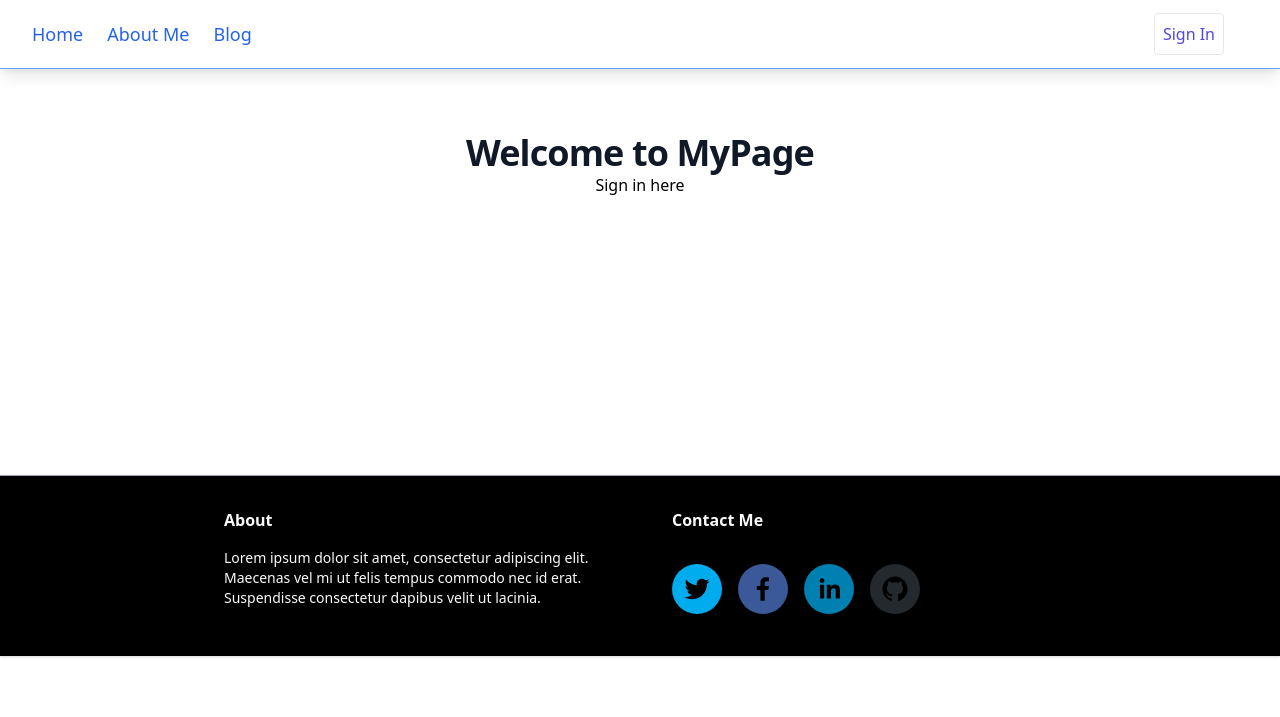
Repository: rushilramesh/portfolio-page
Page: /
The author's editor kept a copy of each file at every save. The page is drawn from the files as they stood at one save, then again after the next save.
The browser window is 1280 px wide. The pictures show the whole page.
The project was rebuilt for these pictures with package versions that can differ from the ones it lists, and the page was loaded fresh each time. The framework's server and built-in components were replaced by stand-ins that run in the browser. Also part of the build but not shown: next.config.js.

Above is the page before, as saved 2021-05-21 02:47:48.

After the next save:
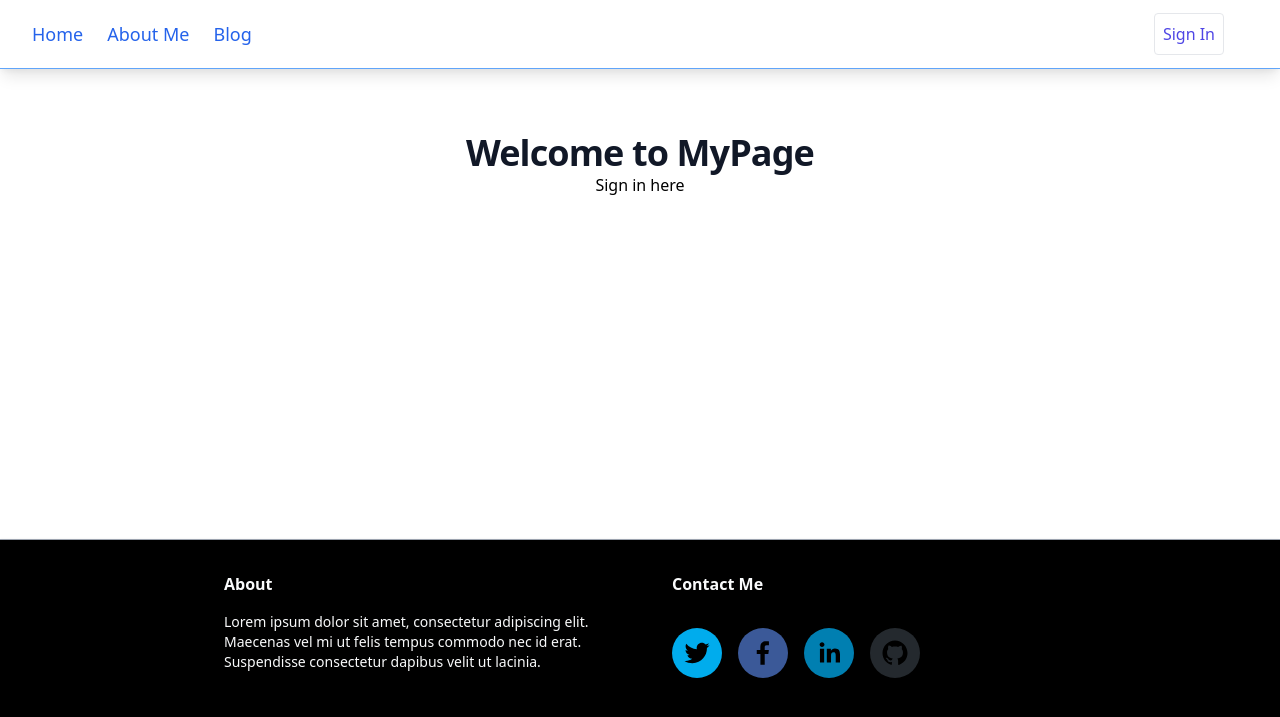
Saved 10 s later.
--- a/components/Layout.tsx
+++ b/components/Layout.tsx
@@ -11,7 +11,7 @@ const Layout = ({children, loggedIn} : {children: React.ReactNode, loggedIn?: bo
         <div className="container mx-auto text-center">
             <main>{children}</main>
         </div>
-        <footer style={{ position: "absolute", bottom: 0, width:"100%" }} className="bg-black border-t border-gray-400 shadow mb-16 text-gray-50 h-100" >
+        <footer style={{ position: "absolute", bottom: 0, width:"100%" }} className="bg-black border-t border-gray-400 shadow  text-gray-50 h-100" >
             <div className="container max-w-4xl mx-auto flex py-8 space-y-4ß">
                 <div className="flex w-full md:w-1/2 ">
                     <div className="px-8">
